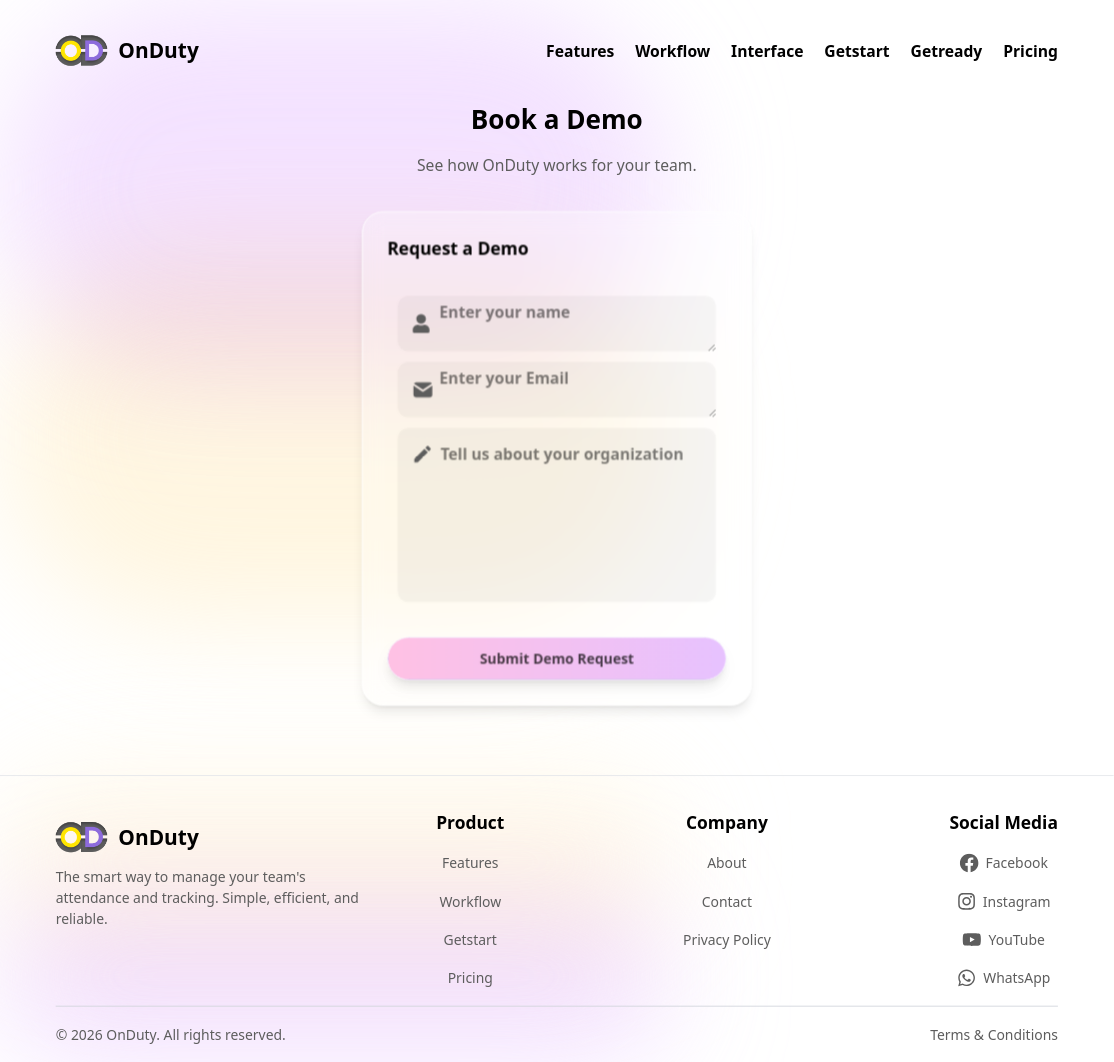
Repository: shekharzorin/ONDUTY-V1
Page: /bookdemo
These files come from the project's save history. The page is drawn as it stood at one moment and after the next save; the edit follows.
The browser window is 1280 px wide. The pictures show the whole page, at 87% of full size.
The project was rebuilt for these pictures with package versions that can differ from the ones it lists, and the page was loaded fresh each time. The framework's server and built-in components were replaced by stand-ins that run in the browser. Also part of the build but not shown: next.config.mjs, vite.config.js, app/components/ui/Crossicon.tsx.

Above is the page before, as saved 2026-01-17 18:40:47.

After the next save:
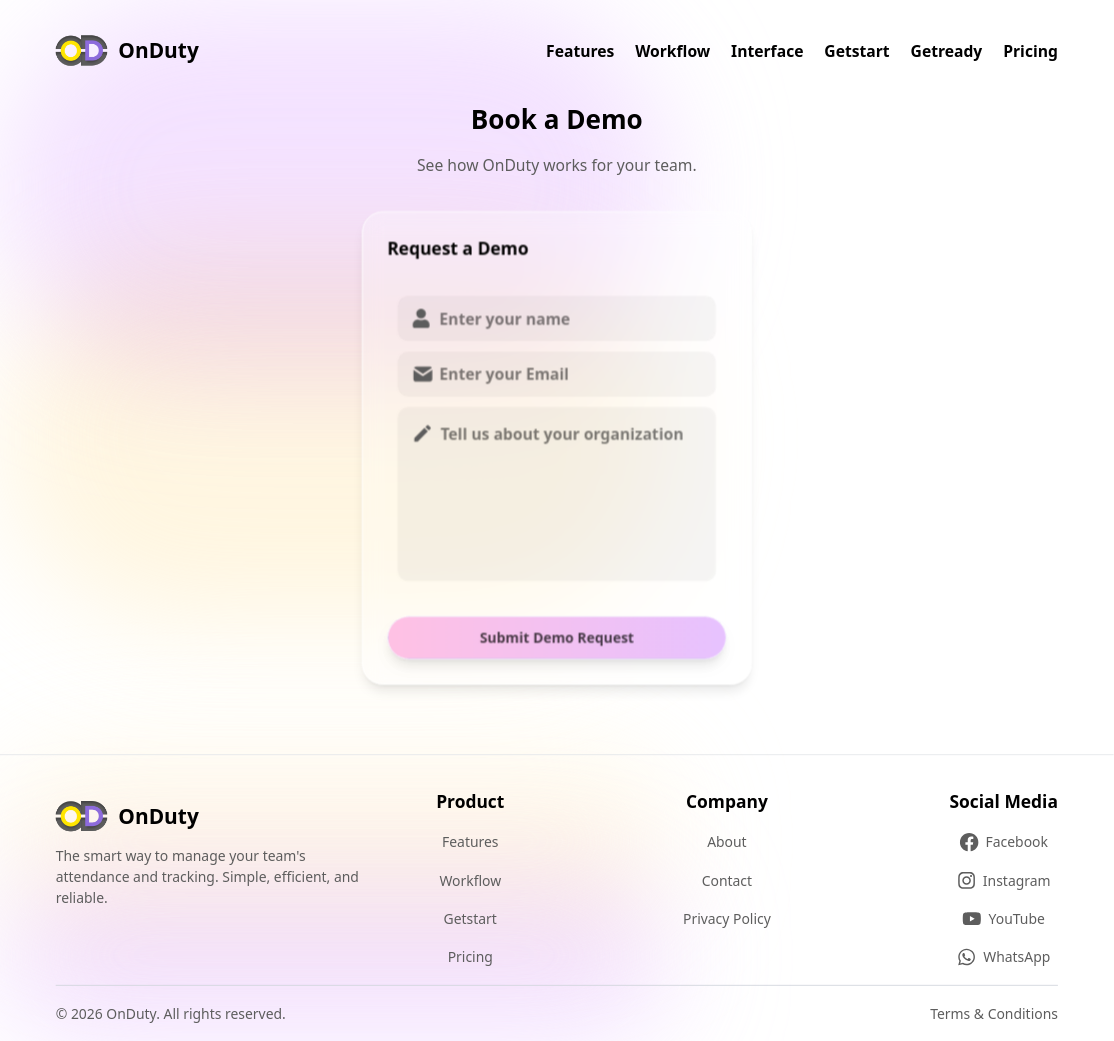
Saved 34 s later.
--- a/app/components/ui/Inputbox.tsx
+++ b/app/components/ui/Inputbox.tsx
@@ -44,13 +44,13 @@ const Inputbox = ({
           </span>
         )}
 
-        <textarea
+        <input
           type={inputType}
           placeholder={placeholder}
           value={value}
           onChange={(e) => onChange(e.target.value)}
           disabled={disabled}
-          className={`w-full px-5 py-1  pl-12 pr-12 outline-none transition-all font-medium text-(--color-gray) ${
+          className={`w-full px-5 py-3  pl-12 pr-12 outline-none transition-all font-medium text-(--color-gray) ${
             disabled ? "bg-gray-100" : ""
           } ${className}`}
         />
